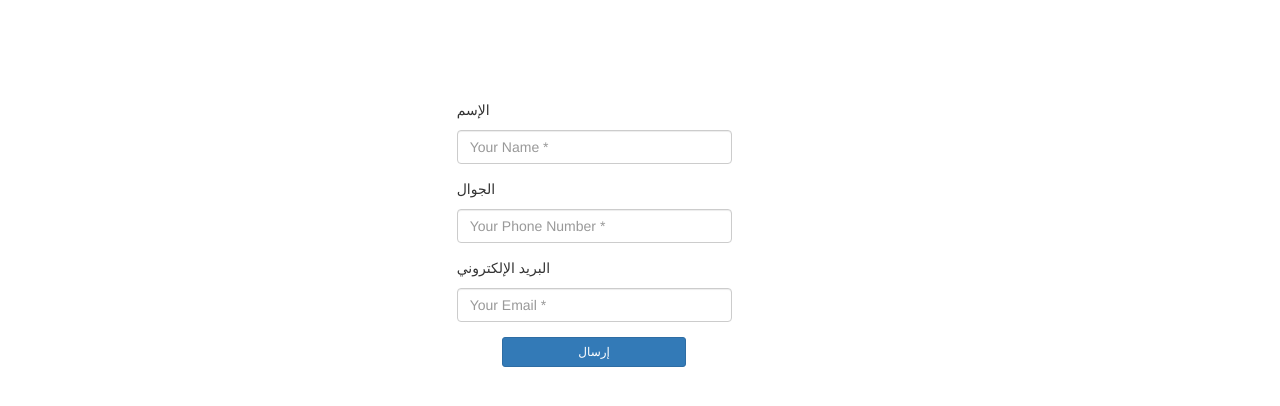
Repository: Abdaljawad-Aya/Itbeep-task
Page: http://localhost/form-user
These files come from the project's save history. The page is drawn as it stood at one moment and after the next save; the edit follows.
The browser window is 1280 px wide. The pictures show the whole page.
The page is served by the project's Laravel application, run on PHP 8.4 with Laravel 8.

Above is the page before, as saved 2021-03-07 18:58:44.

After the next save:
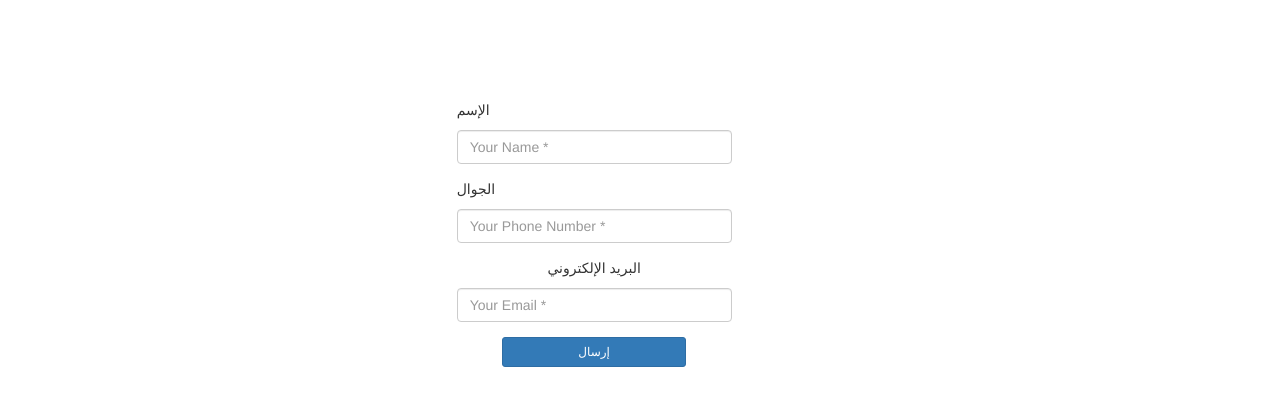
Saved 7 s later.
--- a/singlePageApp/resources/views/form-user.blade.php
+++ b/singlePageApp/resources/views/form-user.blade.php
@@ -60,7 +60,7 @@
         </div>
          {{-- EMAIL --}}
          <div class="form-group" {{$errors->has('email') ? 'has-error' : ''}}>
-             <p>البريد الإلكتروني</p>
+             <p style="text-align: center">البريد الإلكتروني</p>
           <input type="email" name="email" class="form-control" placeholder="Your Email *" required />
 
             @if ($errors->has('email'))
